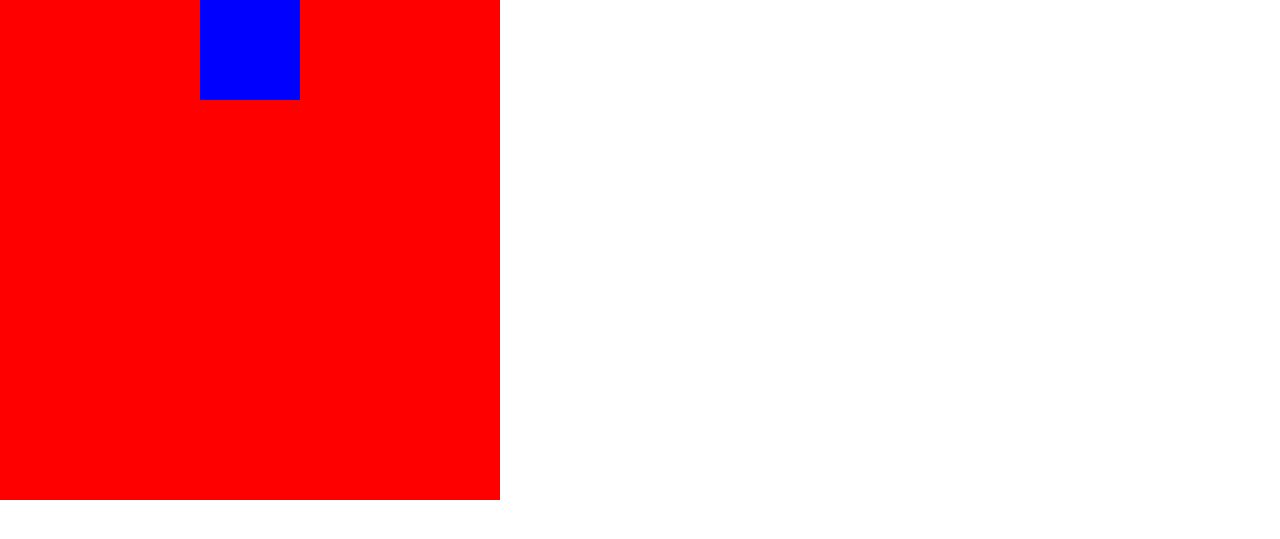
Repository: taoxiaofeng/hello-javascript
Page: master-class/position.html
These files come from the project's save history. The page is drawn as it stood at one moment and after the next save; the edit follows.
The browser window is 1280 px wide. The pictures show the whole page.

Above is the page before, as saved 2024-07-29 19:48:18.

After the next save:
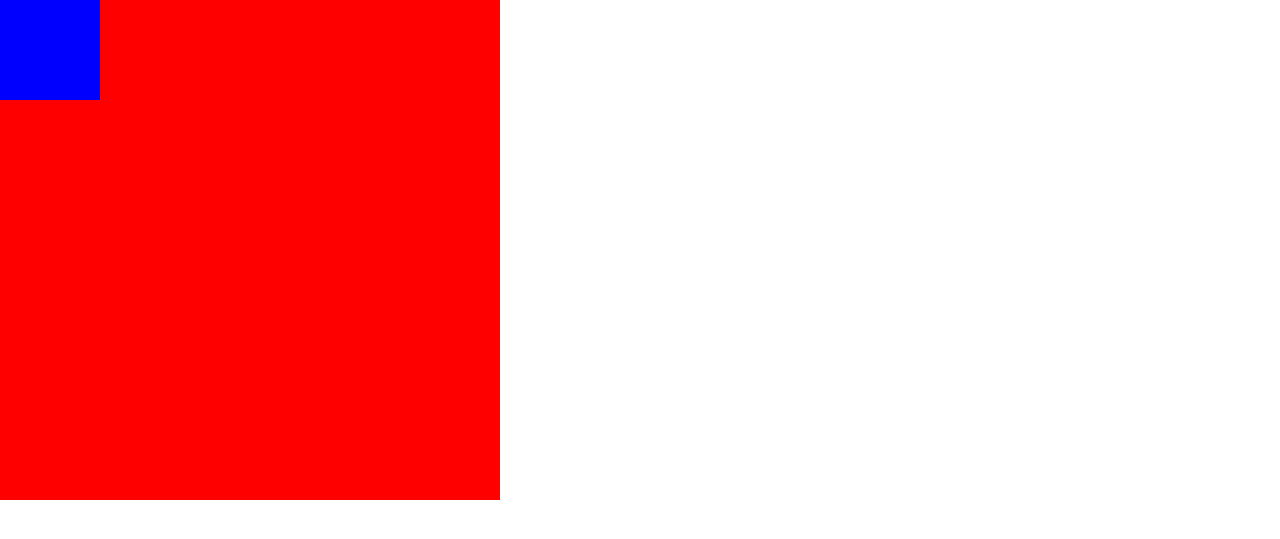
Saved 34 s later.
--- a/master-class/position.html
+++ b/master-class/position.html
@@ -25,7 +25,7 @@
       width: 100px;
       height: 100px;
       background-color: blue;
-      margin: auto;
+      margin: auto 0 ;
       /* position: absolute;
       top: 100px;
       left: 100px; */

After the 2 saves that followed:
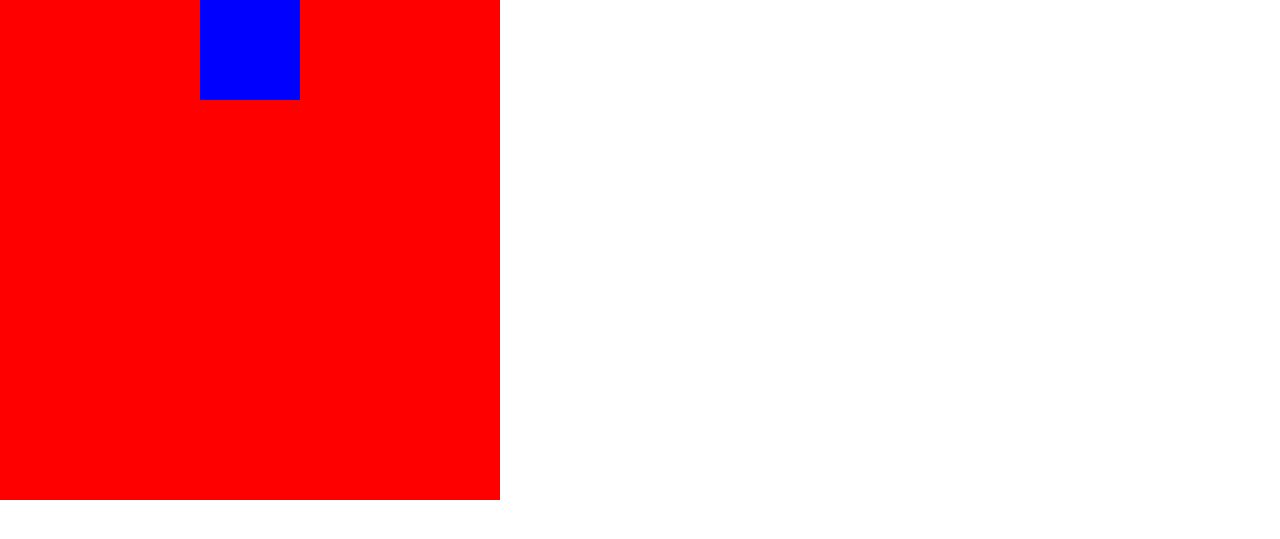
The 2 saves are shown as one change because 1 left the picture as it was.
The last was saved 16 s later.
--- a/master-class/position.html
+++ b/master-class/position.html
@@ -25,7 +25,7 @@
       width: 100px;
       height: 100px;
       background-color: blue;
-      margin: auto 0 ;
+      margin: auto;
       /* position: absolute;
       top: 100px;
       left: 100px; */
